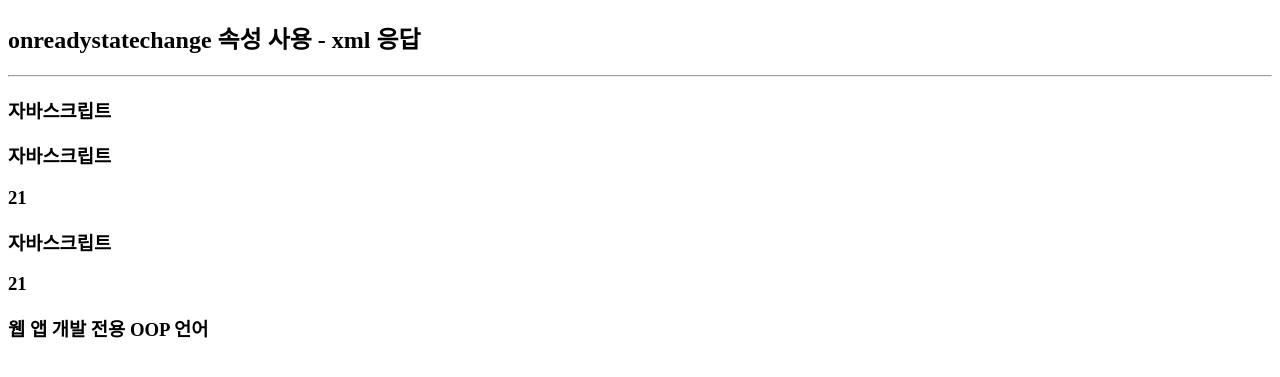
Repository: golddrone7/front
Page: step10_Ajax/src/main/webapp/test6/xmlTest1.html
The author's editor kept a copy of each file at every save. The page is drawn from the files as they stood at one save, then again after the next save.
The browser window is 1280 px wide. The pictures show the whole page.

Above is the page before, as saved 2023-02-27 06:08:11.

After the next save:
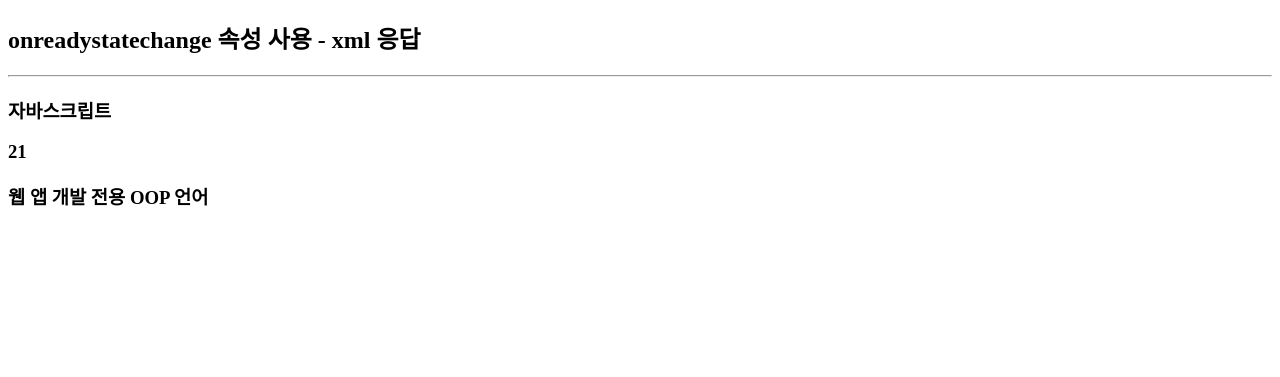
Saved 106 s later.
--- a/step10_Ajax/src/main/webapp/test6/xmlTest1.html
+++ b/step10_Ajax/src/main/webapp/test6/xmlTest1.html
@@ -20,9 +20,9 @@
 					for(var i=1; i<rootE[0].childNodes.length;i+=2){
 						//alert(rootE[0].childNodes[i].nodeName);
 						output+="<h3>"+rootE[0].childNodes[i].firstChild.nodeValue+"</h3>";
-						document.body.innerHTML+=output;
+
 					}
-
+					document.body.innerHTML+=output;
 
 				}
 			}
